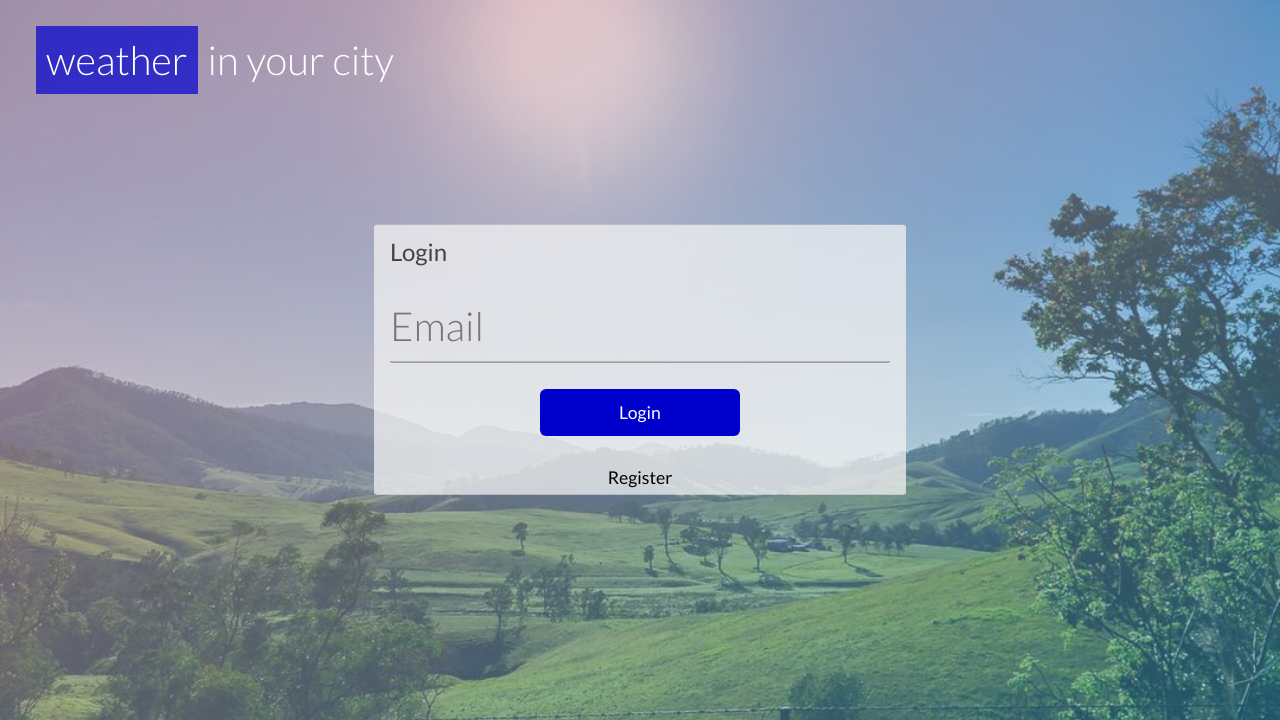
Repository: nosplashurinal/weather-app
Page: /, after clicking the first element matching `button.next`
The author's editor kept a copy of each file at every save. The page is drawn from the files as they stood at one save, then again after a run of saves.
The browser window is 1280 px wide. The pictures show the whole page.
The project was rebuilt for these pictures with package versions that can differ from the ones it lists, and the page was loaded fresh each time. Also part of the build but not shown: src/components/RecentSearches.vue, src/components/Search.vue, src/components/WeatherDataBlock.vue.

Above is the page before, as saved 2018-12-31 17:20:15.

After the next 3 saves:
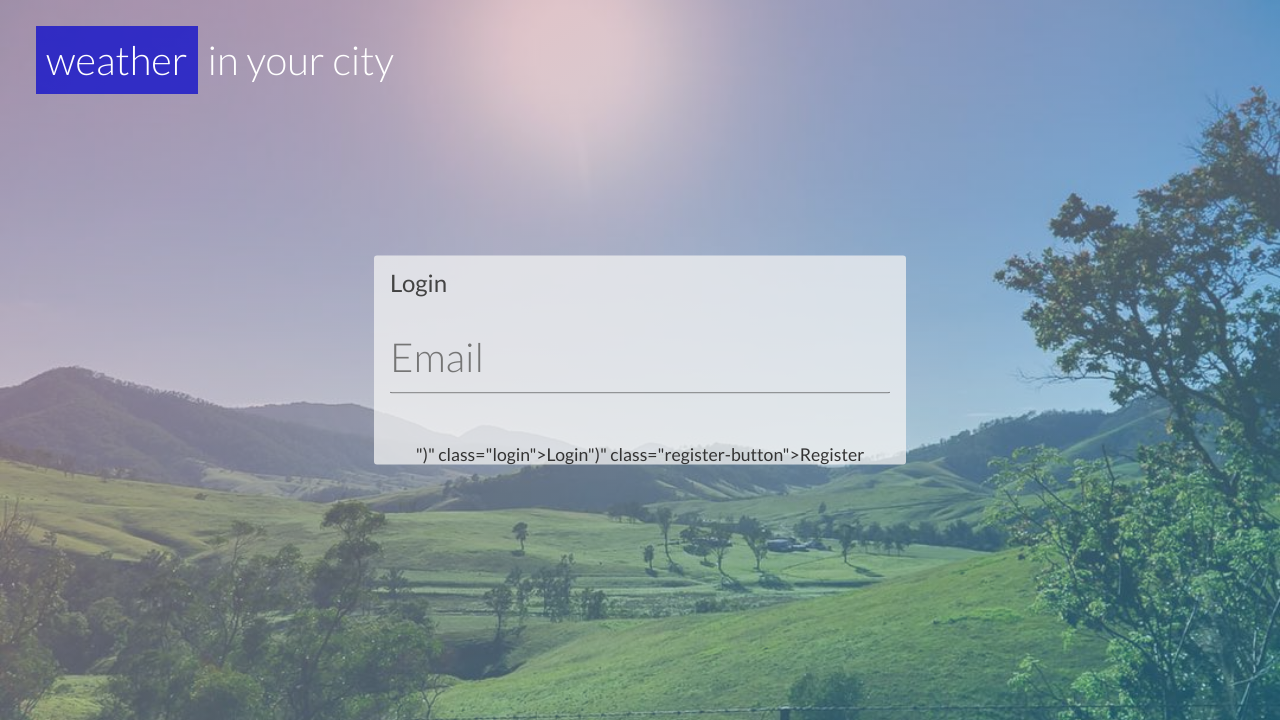
The 3 saves are shown as one change because 2 did not build or start.
The last was saved 4 min 13 s later.
--- a/src/App.vue
+++ b/src/App.vue
@@ -6,9 +6,7 @@
       <span>weather</span>
       <span>in your city</span>
     </div>
-    <transition name="slide">
-      <Login v-if="!loginSuccess && !showRegistration" v-on:on-login="attemptLogin" />
-    </transition>
+    <Login v-if="!loginSuccess && !showRegistration" v-on:on-login="attemptLogin" />
     <Registration v-if="showRegistration" v-on:on-success="showRegistration = false" />
     <div v-if="loginSuccess" class="search-container" v-bind:class="{resultActive: showResults}">
       <Search
--- a/src/components/Login.vue
+++ b/src/components/Login.vue
@@ -12,8 +12,8 @@
         v-on:keypress="onKeyPress"
       >
       <div class="button-container">
-        <button class="login" v-on:click="onLogin">Login</button>
-        <button class="register-button">Register</button>
+        <button :click="$emit("on-login")" class="login">Login</button>
+        <button :click="$emit("open-registration")" class="register-button">Register</button>
       </div>
     </div>
   </div>

After the 3 saves that followed:
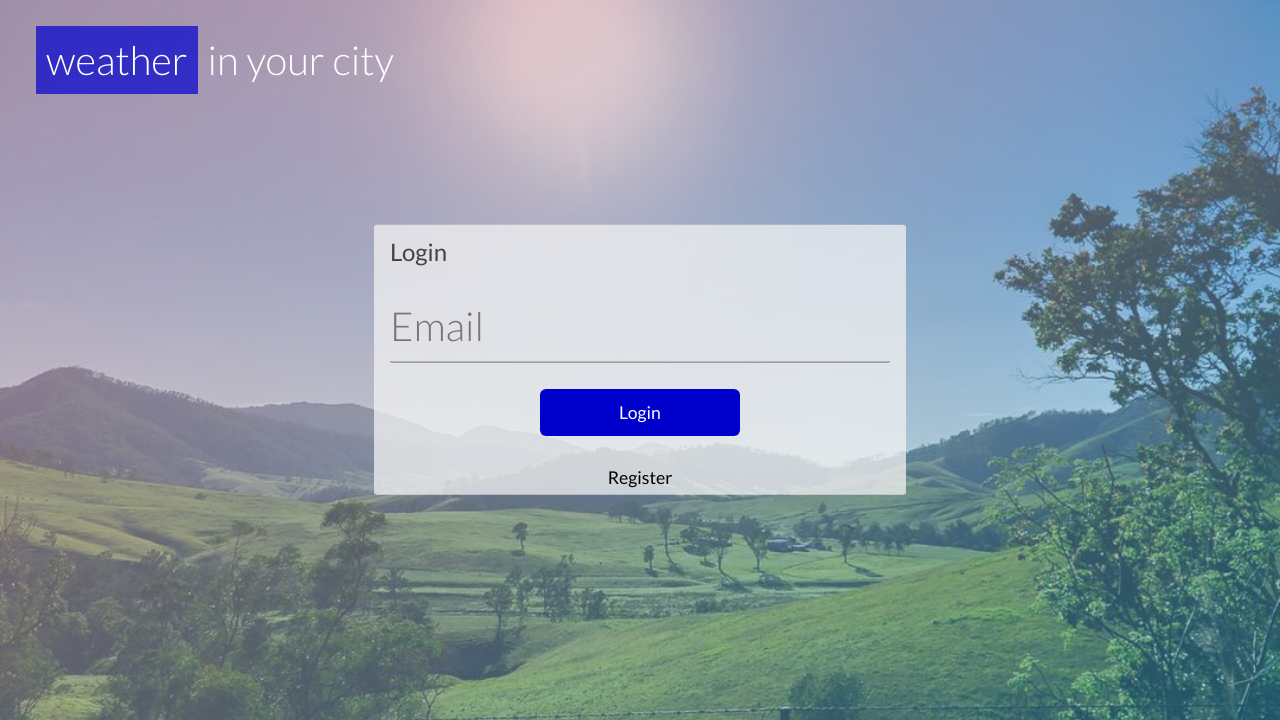
The 3 saves are shown as one change because 2 left the picture as it was.
The last was saved 3 min 54 s later.
--- a/src/components/Login.vue
+++ b/src/components/Login.vue
@@ -12,8 +12,8 @@
         v-on:keypress="onKeyPress"
       >
       <div class="button-container">
-        <button :click="$emit("on-login")" class="login">Login</button>
-        <button :click="$emit("open-registration")" class="register-button">Register</button>
+        <button v-on:click="onKeyPress" class="login">Login</button>
+        <button v-on:click="openRegistration" class="register-button">Register</button>
       </div>
     </div>
   </div>
@@ -23,7 +23,10 @@
   name: "Login",
   methods: {
     onKeyPress(e) {
-      this.$emit("on-login", e.target.value);
+      this.$emit("on-login");
+    },
+    openRegistration() {
+      this.$emit("on-registration");
     }
   }
 };
